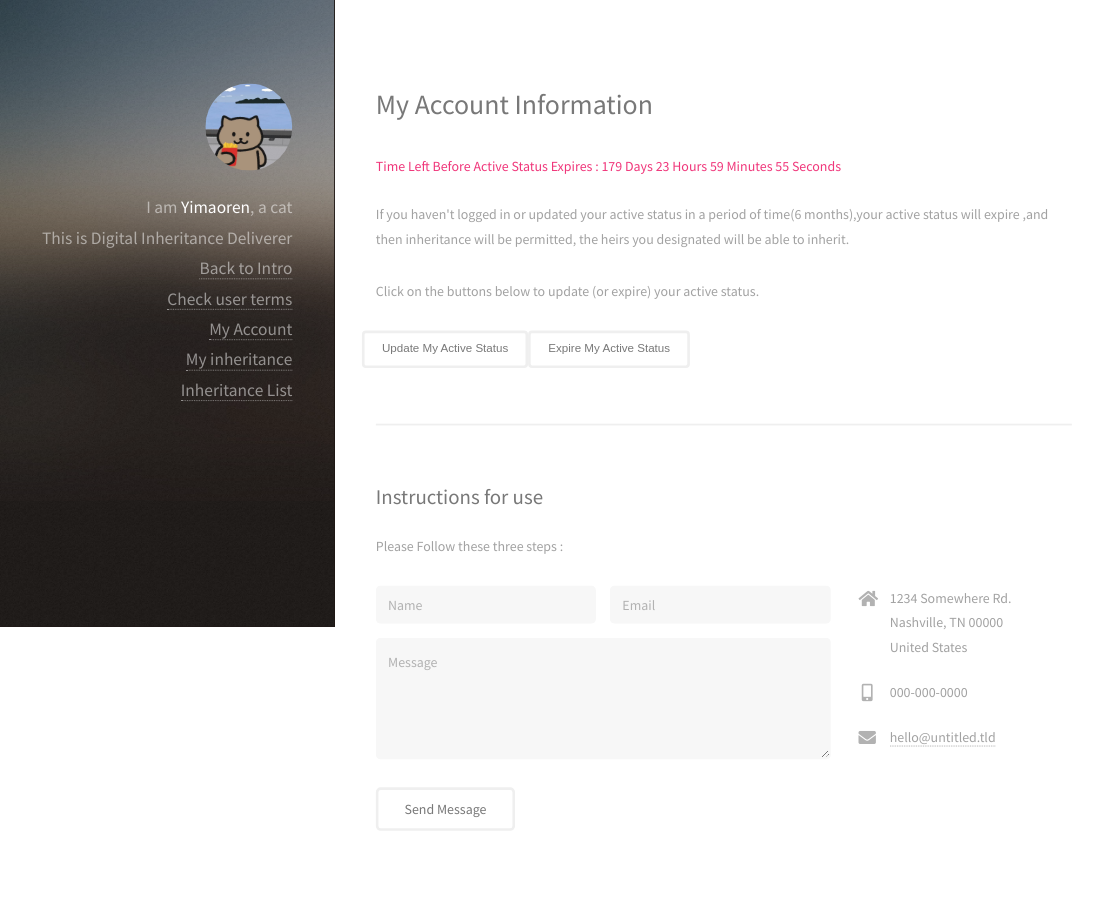
Repository: 1mocat/DID-blockchain-project
Page: Digital_I_D/app/src/myaccount.html
The author's editor kept a copy of each file at every save. The page is drawn from the files as they stood at one save, then again after a run of saves.
The browser window is 1280 px wide. The pictures show the whole page, at 87% of full size.

Above is the page before, as saved 2023-10-02 16:53:55.

### Digital_I_D/app/src/myaccount.html
<!DOCTYPE HTML>
<html>



<head>
	<title>Strata by HTML5 UP</title>
	<meta charset="utf-8" />
	<meta name="viewport" content="width=device-width, initial-scale=1, user-scalable=no" />
	<link rel="stylesheet" href="assets_account/css/main.css" />
	<style>
		#countdown {
			font-size: 16px;
			color: rgb(240, 55, 123);
		}

		.container {
			display: grid;
			/* 使用 grid 布局 */
			grid-template-columns: repeat(3, 1fr);
			/* 创建三列，均匀分布空间 */
			gap: 20px;
			/* 间隔大小 */
		}

		.box {
			padding: 20px;
			/* 内边距 */
			border: 1px solid #000;
			/* 边框样式 */
			text-align: center;
			/* 文本居中 */
		}
	</style>
</head>

<body class="is-preload">

	<!-- Header -->

	<header id="header">
		<div class="inner">
			<a href="#" class="image avatar"><img src="images/yimaoren.jpg" alt="" /></a>
			<h1>I am <strong>Yimaoren</strong>, a cat<br /></h1>
			<h1>This is Digital Inheritance Deliverer</h1>
			<h1><a href="index.html">Back to Intro</a></h1>
			<h1><a href="UserAgreement.html">Check user terms</a></h1>
			<h1><a href="NFTList.html">My Account</a></h1>
			<h1><a href="NFTList.html">My inheritance</a></h1>
			<h1><a href="AuctionList.html">Inheritance List</a></h1>
		</div>
	</header>

	<!-- Main -->
	<div id="main">

		<!-- One -->
		<section id="one">
			<header class="major">
				<h2>My Account Information</h2>
				<div id="countdown"></div>
				<script>
					// 目标日期：当前日期 + 30*6 天
					const targetDate = new Date();
					targetDate.setDate(targetDate.getDate() + 30 * 6);

					// 更新倒计时的函数
					function updateCountdown() {
						const currentDate = new Date();
						const timeDifference = targetDate - currentDate;

						if (timeDifference <= 0) {
							document.getElementById('countdown').innerHTML = '倒计时结束';
						} else {
							const days = Math.floor(timeDifference / (1000 * 60 * 60 * 24));
							const hours = Math.floor((timeDifference % (1000 * 60 * 60 * 24)) / (1000 * 60 * 60));
							const minutes = Math.floor((timeDifference % (1000 * 60 * 60)) / (1000 * 60));
							const seconds = Math.floor((timeDifference % (1000 * 60)) / 1000);

							const countdownText = `Time Left Before Active Status Expires : ${days} Days ${hours} Hours ${minutes} Minutes ${seconds} Seconds`;
							document.getElementById('countdown').innerHTML = countdownText;
						}
					}
					// 初始调用更新倒计时
					updateCountdown();
					// 每秒更新一次倒计时
					setInterval(updateCountdown, 1000);
				</script>
			</header>

			<p><br>If you haven't logged in or updated your active status in a period of time(6 months),your active
				status will expire ,and then inheritance will be permitted, the heirs you designated will be able to
				inherit.
				<br>
			</p>
			<p> Click on the buttons below to update (or expire) your active status. </p>
			<ul class="actions">
				<button onclick="" class="button">Update My Active Status </button>
				<button onclick="" class="button">Expire My Active Status </button>
			</ul>
		</section>
		<!-- Three -->
		<section id="three">
			<h2>Instructions for use</h2>
			<p>Please Follow these three steps :</p>
			<div class="row">
				<div class="col-8 col-12-small">
					<form method="post" action="#">
						<div class="row gtr-uniform gtr-50">
							<div class="col-6 col-12-xsmall"><input type="text" name="name" id="name"
									placeholder="Name" /></div>
							<div class="col-6 col-12-xsmall"><input type="email" name="email" id="email"
									placeholder="Email" /></div>
							<div class="col-12"><textarea name="message" id="message" placeholder="Message"
									rows="4"></textarea></div>
						</div>
					</form>
					<ul class="actions">
						<li><input type="submit" value="Send Message" /></li>
					</ul>
				</div>
				<div class="col-4 col-12-small">
					<ul class="labeled-icons">
						<li>
							<h3 class="icon solid fa-home"><span class="label">Address</span></h3>
							1234 Somewhere Rd.<br />
							Nashville, TN 00000<br />
							United States
						</li>
						<li>
							<h3 class="icon solid fa-mobile-alt"><span class="label">Phone</span></h3>
							000-000-0000
						</li>
						<li>
							<h3 class="icon solid fa-envelope"><span class="label">Email</span></h3>
							<a href="#">hello@untitled.tld</a>
						</li>
					</ul>
				</div>
			</div>
		</section>



	</div>



	<!-- Scripts -->
	<script src="assets_account/js/jquery.min.js"></script>
	<script src="assets_account/js/jquery.poptrox.min.js"></script>
	<script src="assets_account/js/browser.min.js"></script>
	<script src="assets_account/js/breakpoints.min.js"></script>
	<script src="assets_account/js/util.js"></script>
	<script src="assets_account/js/main.js"></script>




</body>

</html>

Loaded but not shown: Digital_I_D/app/src/assets_account/js/jquery.min.js (library); Digital_I_D/app/src/assets_account/css/fontawesome-all.min.css (library); Digital_I_D/app/src/assets_account/js/jquery.poptrox.min.js (library); Digital_I_D/app/src/assets_account/js/browser.min.js (common file); Digital_I_D/app/src/assets_account/js/breakpoints.min.js (common file); Digital_I_D/app/src/assets_account/js/util.js (587 lines, source omitted); Digital_I_D/app/src/assets_account/js/main.js (117 lines, source omitted); Digital_I_D/app/src/assets_account/css/main.css (3221 lines, source omitted)

After the next 2 saves:
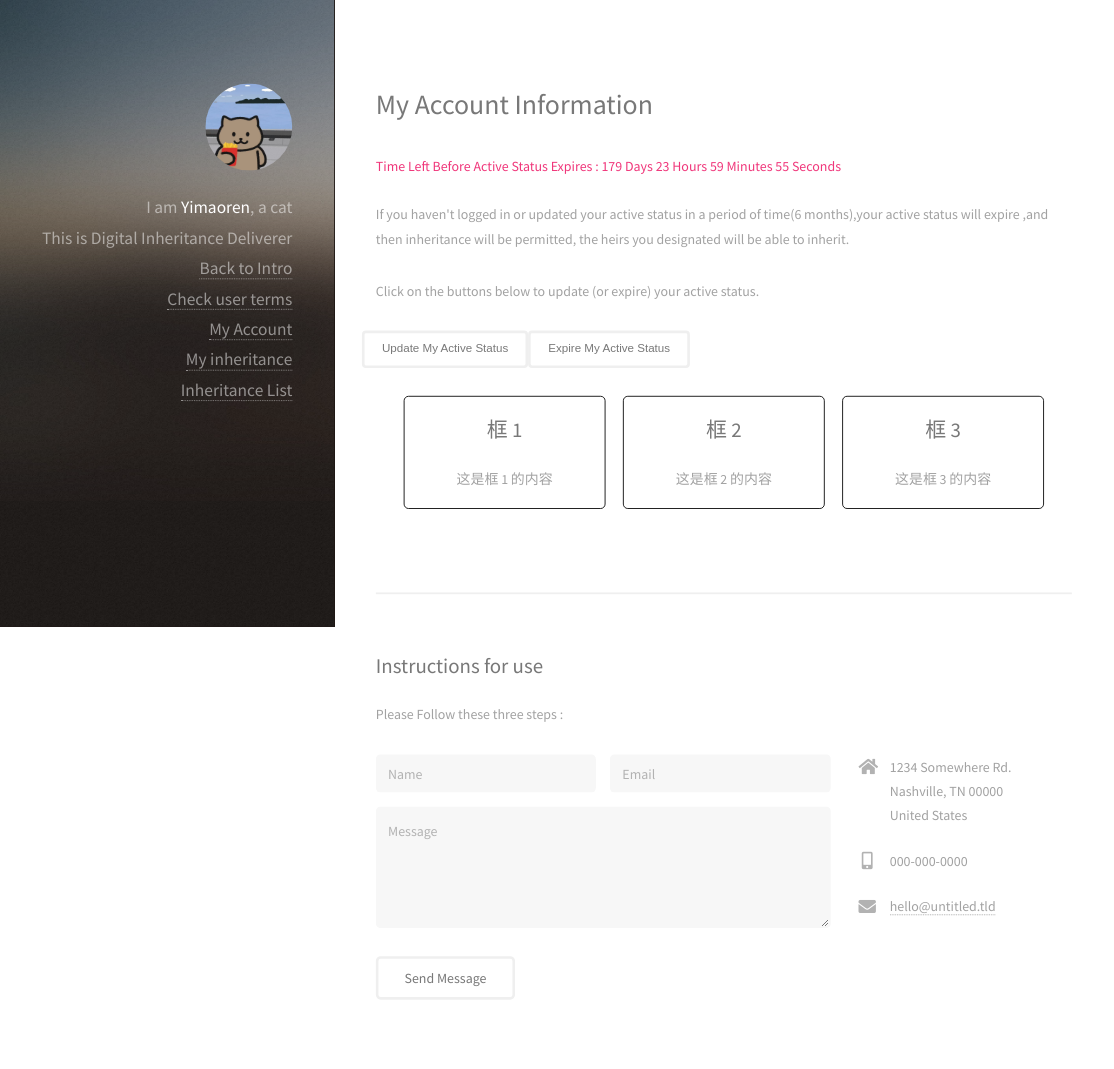
The 2 saves are shown as one change because they came seconds apart.
The last was saved 15 s later.
--- a/Digital_I_D/app/src/myaccount.html
+++ b/Digital_I_D/app/src/myaccount.html
@@ -100,6 +100,23 @@
 			</ul>
 		</section>
 		<!-- Three -->
+
+		<div class="container">
+			<div class="box">
+				<h2>框 1</h2>
+				<p>这是框 1 的内容</p>
+			</div>
+			<div class="box">
+				<h2>框 2</h2>
+				<p>这是框 2 的内容</p>
+			</div>
+			<div class="box">
+				<h2>框 3</h2>
+				<p>这是框 3 的内容</p>
+			</div>
+		</div>
+
+
 		<section id="three">
 			<h2>Instructions for use</h2>
 			<p>Please Follow these three steps :</p>

After the save that followed:
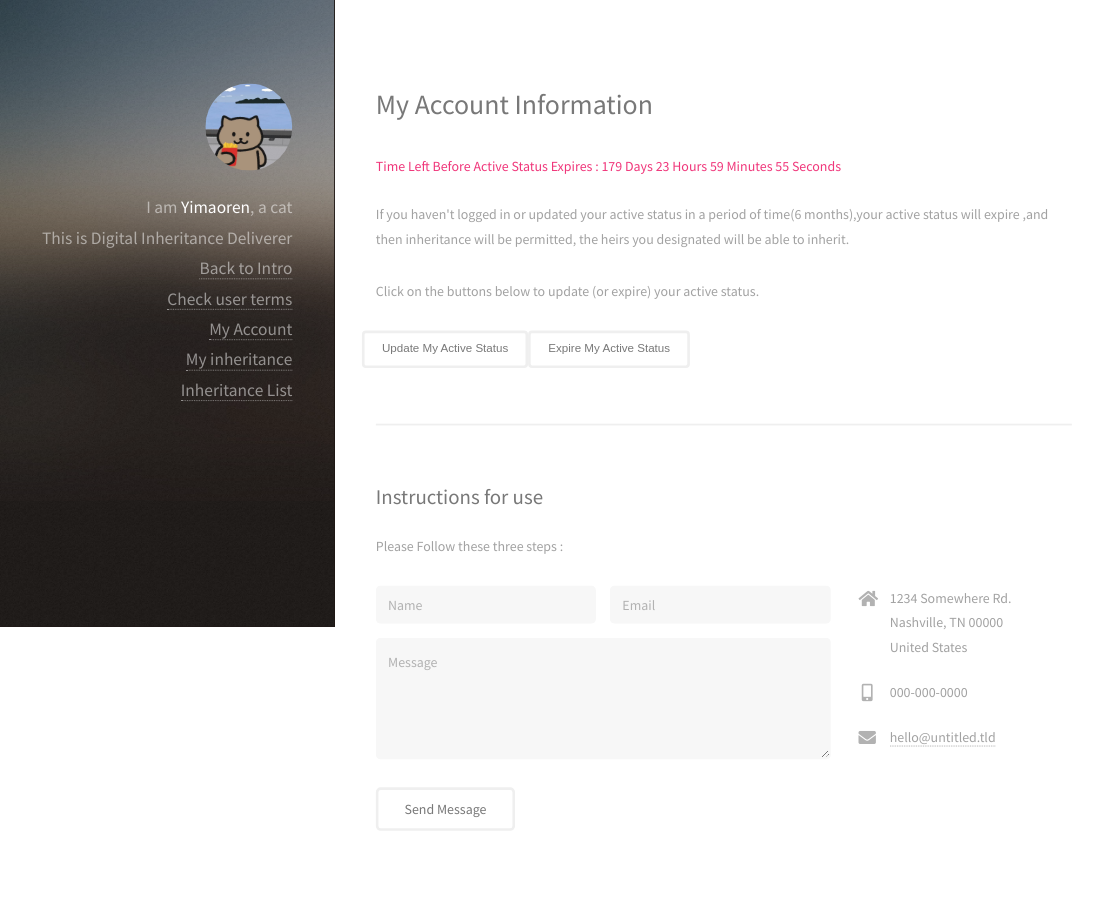
Saved 22 s later.
--- a/Digital_I_D/app/src/myaccount.html
+++ b/Digital_I_D/app/src/myaccount.html
@@ -101,20 +101,7 @@
 		</section>
 		<!-- Three -->
 
-		<div class="container">
-			<div class="box">
-				<h2>框 1</h2>
-				<p>这是框 1 的内容</p>
-			</div>
-			<div class="box">
-				<h2>框 2</h2>
-				<p>这是框 2 的内容</p>
-			</div>
-			<div class="box">
-				<h2>框 3</h2>
-				<p>这是框 3 的内容</p>
-			</div>
-		</div>
+
 
 
 		<section id="three">
